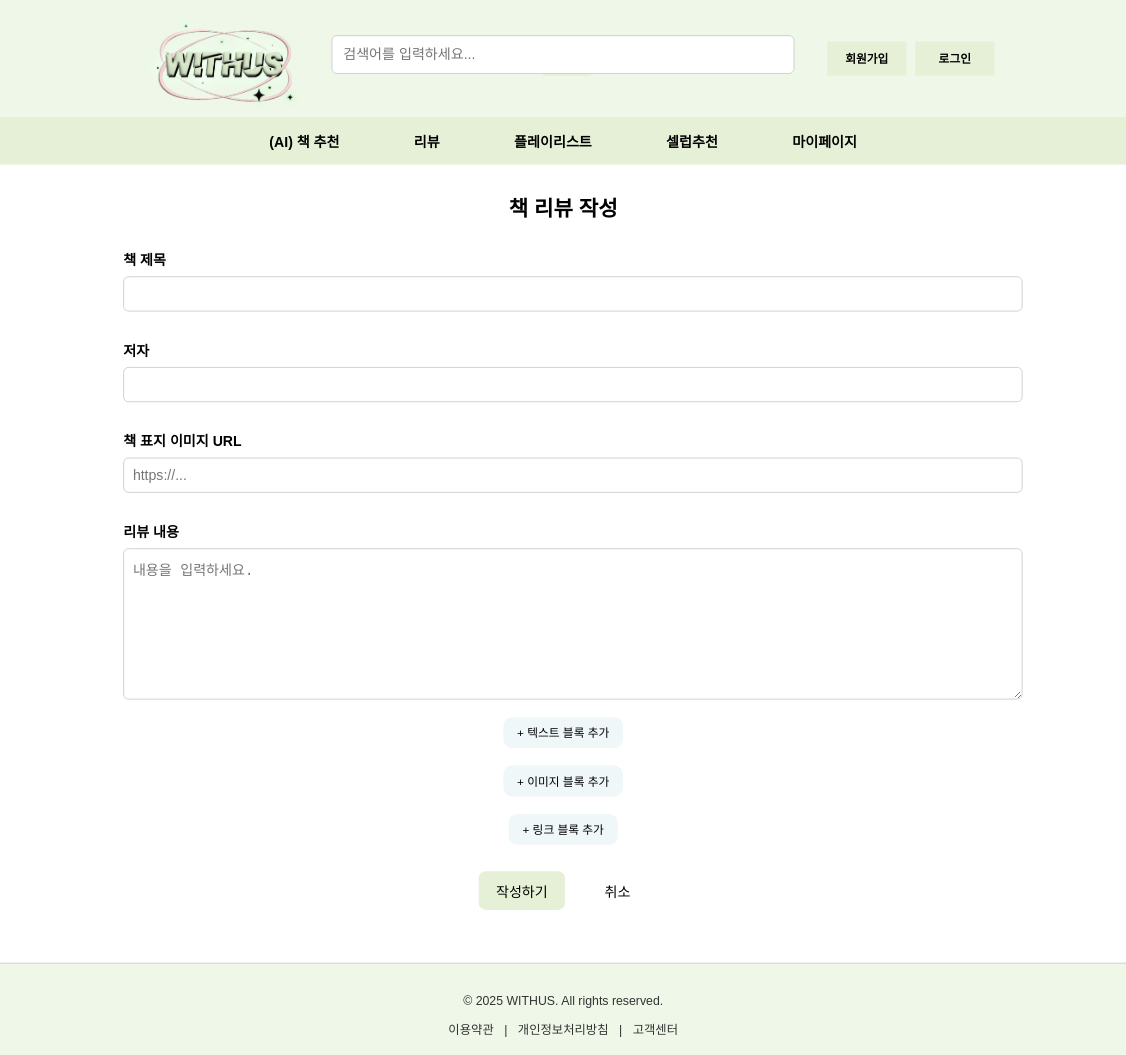
Repository: book-recommendation-team/book_recommendation_web_project
Page: http://localhost/2025_teamproject/reviewForm.jsp
The author's editor kept a copy of each file at every save. The page is drawn from the files as they stood at one save, then again after the next save.
The browser window is 1280 px wide. The pictures show the whole page, at 88% of full size.
The page is served by Tomcat 9.

Above is the page before, as saved 2025-07-03 04:01:16.

After the next save:
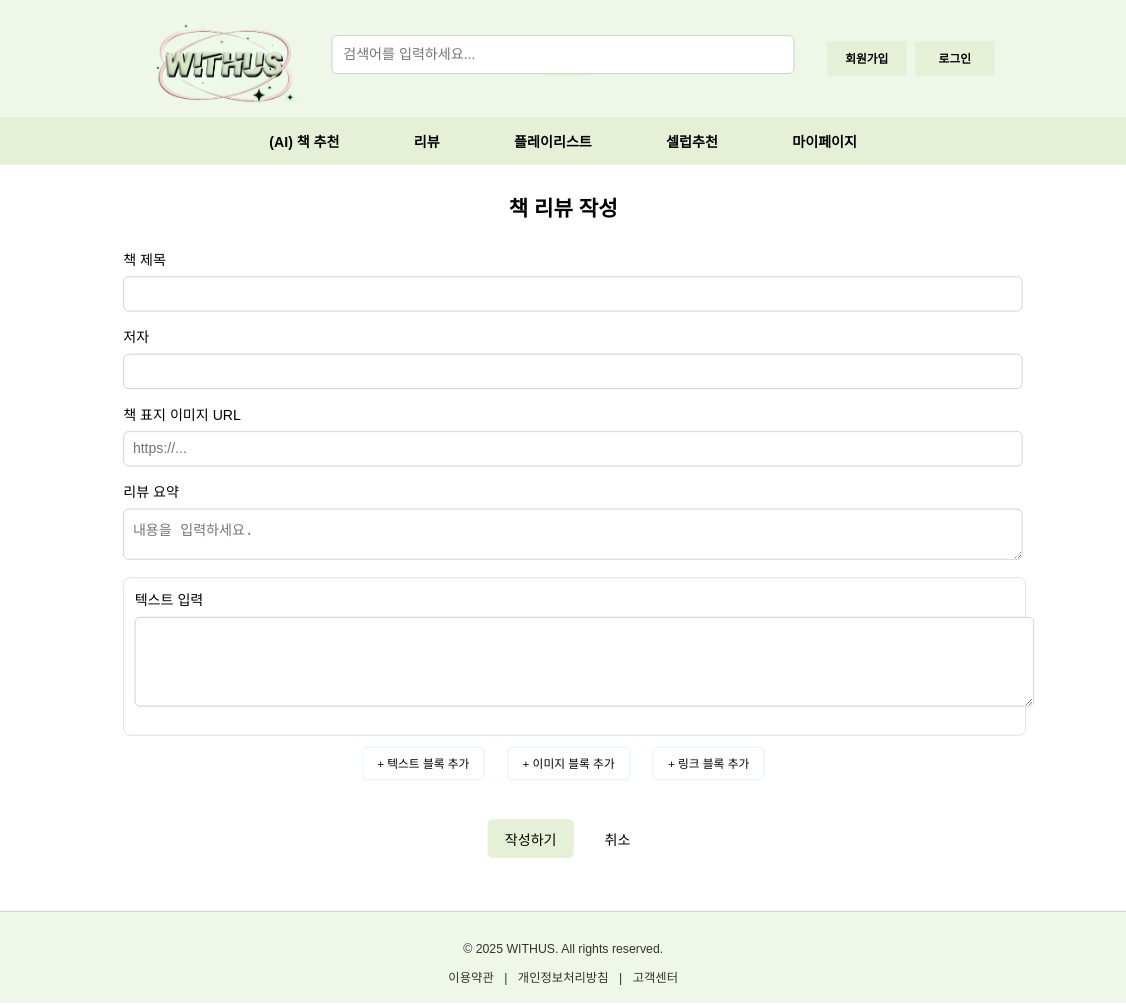
Saved 3 min 24 s later.
--- a/2025_teamproject/src/main/webapp/reviewForm.jsp
+++ b/2025_teamproject/src/main/webapp/reviewForm.jsp
@@ -14,12 +14,12 @@ body {
 	margin: 0;
 	padding: 0;
 	background-color: #fff;
-	padding: 0;
 }
 
 .container {
 	max-width: 1000px;
 	margin: 30px auto;
+	padding: 0 16px;
 }
 
 h2 {
@@ -27,13 +27,7 @@ h2 {
 	margin-bottom: 30px;
 }
 
-label {
-	display: block;
-	margin-top: 15px;
-	font-weight: bold;
-}
-
-input[type="text"], textarea {
+input[type="text"], input[type="file"], textarea {
 	width: 100%;
 	padding: 10px;
 	margin-top: 8px;
@@ -43,46 +37,61 @@ input[type="text"], textarea {
 	font-size: 1rem;
 }
 
-textarea {
-	height: 150px;
+.editor-block {
+	width: 100%;
+	border: 1px solid #ddd;
+	padding: 12px;
+	border-radius: 8px;
+	margin-bottom: 12px;
+	background-color: #fff;
+}
+
+.editor-block textarea {
 	resize: vertical;
-}
-
-.button-group {
+	min-height: 80px;
+}
+
+.editor-block input[type="file"] {
+	background-color: #f4f4f4;
+}
+
+.button-box {
 	text-align: center;
-	margin-top: 30px;
-}
-
-.button-group button {
+	margin-top: 24px;
+}
+
+.button-box button {
 	padding: 10px 20px;
+	font-size: 1rem;
 	border: none;
-	border-radius: 8px;
-	font-size: 1rem;
+	border-radius: 6px;
+	margin-left: 10px;
 	cursor: pointer;
-	margin: 0 10px;
-}
-
-.button-submit {
+}
+
+.submit-btn {
 	background-color: #e6f0d7;
 	color: black;
 }
 
-.button-cancel {
+.cancel-btn {
 	background-color: #fff;
 	color: black;
 }
+
 .add-block-btn {
-	display: block;
-	margin: 0 auto 20px;
+	display: inline-block;
+	margin: 0 10px 20px;
 	padding: 8px 16px;
-	border-radius: 10px;
-	background-color: #eff7f8;
+	border-radius: 6px;
+	background-color: #fff;
 	color: black;
-	border: none;
+	border: 2px solid #eff7f8;
 	cursor: pointer;
 }
 </style>
 </head>
+
 <body>
 	<header>
 		<div id="logo">
@@ -101,41 +110,52 @@ textarea {
 	</header>
 
 	<nav>
-		<a href="#">(AI) 책 추천</a> <a
-			href="${pageContext.request.contextPath}/reviewList">리뷰</a> <a
-			href="#">플레이리스트</a> <a
-			href="${pageContext.request.contextPath}/celebList">셀럽추천</a> <a
-			href="#">마이페이지</a>
+		<a href="#">(AI) 책 추천</a>
+		<a href="${pageContext.request.contextPath}/reviewList">리뷰</a>
+		<a href="#">플레이리스트</a>
+		<a href="${pageContext.request.contextPath}/celebList">셀럽추천</a>
+		<a href="#">마이페이지</a>
 	</nav>
+
 	<div class="container">
 		<h2>책 리뷰 작성</h2>
-		<form action="submitReview" method="post">
-			<label for="title">책 제목</label> <input type="text" id="title"
-				name="title" required /> <label for="author">저자</label> <input
-				type="text" id="author" name="author" required /> <label
-				for="coverImageUrl">책 표지 이미지 URL</label> <input type="text"
-				id="coverImageUrl" name="coverImageUrl" placeholder="https://..."
-				required /> <label for="reviewText">리뷰 내용</label>
-			<textarea id="reviewText" name="reviewText" placeholder="내용을 입력하세요."
-				required></textarea>
-
-				<div style="text-align: center; margin-bottom: 20px;">
-				<button type="button" class="add-block-btn"
-					onclick="addEditorBlock('text')">+ 텍스트 블록 추가</button>
-				<button type="button" class="add-block-btn"
-					onclick="addEditorBlock('image')">+ 이미지 블록 추가</button>
-					<button type="button" class="add-block-btn"
-	onclick="addEditorBlock('link')">+ 링크 블록 추가</button>
-			</div>
-
-			<div class="button-group">
-				<button type="submit" class="button-submit">작성하기</button>
-				<button type="button" class="button-cancel" onclick="history.back()">취소</button>
+
+		<form action="submitReview" method="post" enctype="multipart/form-data">
+			<label>책 제목</label>
+			<input type="text" name="title" required>
+
+			<label>저자</label>
+			<input type="text" name="author" required>
+
+			<label>책 표지 이미지 URL</label>
+			<input type="text" name="coverImageUrl" placeholder="https://..." required>
+
+			<label>리뷰 요약</label>
+			<textarea name="reviewText" placeholder="내용을 입력하세요." required></textarea>
+
+			<!-- 블록 추가 영역 -->
+			<div id="editor-area">
+				<div class="editor-block">
+					<label>텍스트 입력</label>
+					<textarea name="contentBlock1_text"></textarea>
+				</div>
+			</div>
+
+			<!-- 블록 추가 버튼 -->
+			<div style="text-align: center; margin-bottom: 20px;">
+				<button type="button" class="add-block-btn" onclick="addEditorBlock('text')">+ 텍스트 블록 추가</button>
+				<button type="button" class="add-block-btn" onclick="addEditorBlock('image')">+ 이미지 블록 추가</button>
+				<button type="button" class="add-block-btn" onclick="addEditorBlock('link')">+ 링크 블록 추가</button>
+			</div>
+
+			<div class="button-box">
+				<button type="submit" class="submit-btn">작성하기</button>
+				<button type="button" class="cancel-btn" onclick="history.back()">취소</button>
 			</div>
 		</form>
 	</div>
 
-		<footer>
+	<footer>
 		<div class="footer-container">
 			<p>&copy; 2025 WITHUS. All rights reserved.</p>
 			<div class="footer-links">
@@ -194,7 +214,6 @@ textarea {
 
 		editorArea.appendChild(blockDiv);
 	}
-
-</script>
+	</script>
 </body>
 </html>
